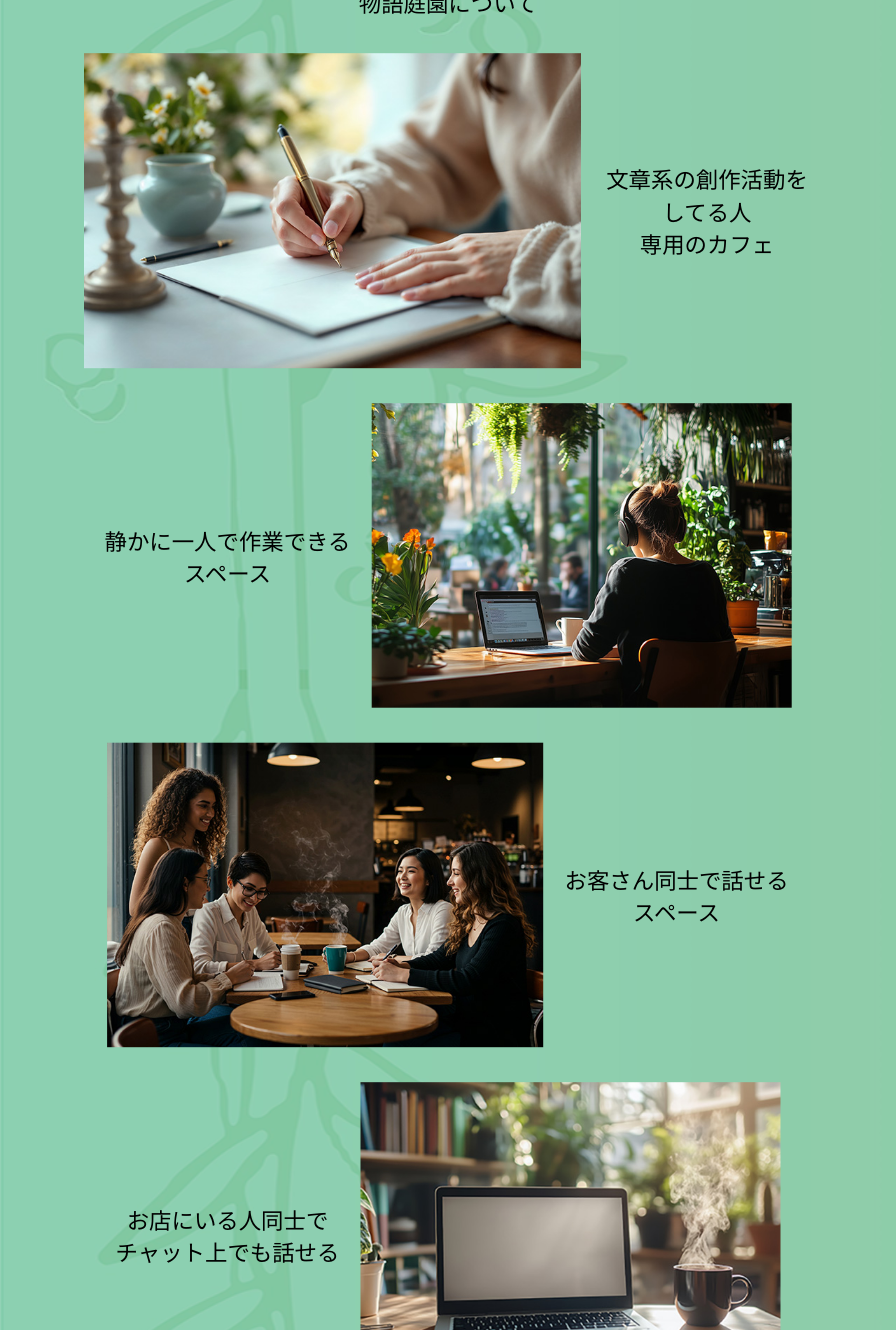
Repository: saka-kou/GardenStory
Page: index.html
These files come from the project's save history. The page is drawn as it stood at one moment and after the next save; the edit follows.
The browser window is 1280 px wide. The pictures show the part of the page from y = 1020 to 2920 px (the page is 4833 px tall before and 4810 px after), at 70% of full size.
A picture or video elsewhere on the page could not be fetched, so the positions and the page height are approximate. Some web fonts or font styles are not loaded; a fallback is used.

Above is the page before, as saved 2025-07-24 15:52:08.

After the next save:
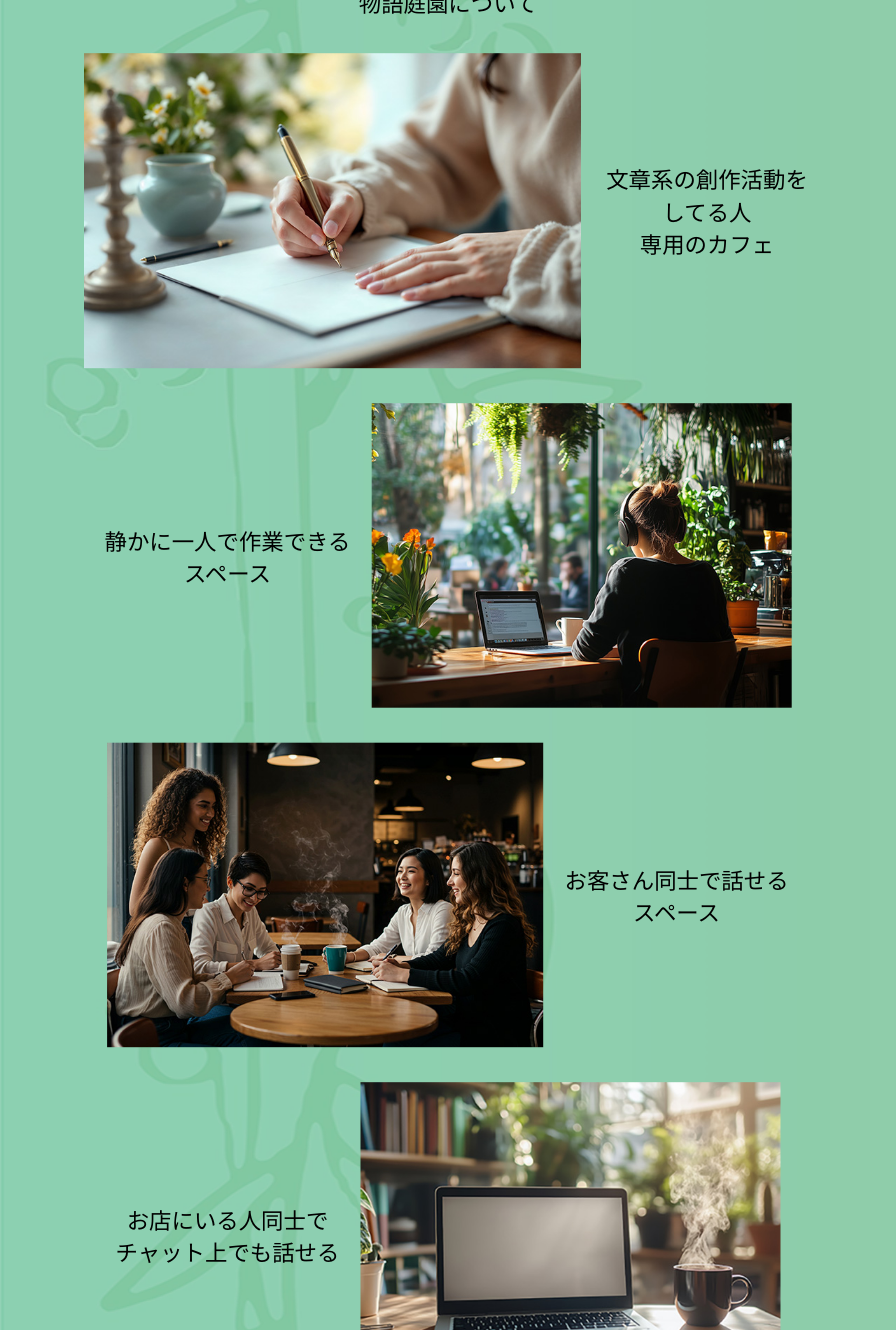
Saved 47 s later.
--- a/index.html
+++ b/index.html
@@ -92,8 +92,8 @@
                         </div>
                     </div>
                         <div class="middlecontents">
-                            <img src="images/orangejuice.png" alt="オレンジジュース">
                             <div class="menuname">
+                                <img src="images/orangejuice.png" alt="オレンジジュース">
                                 <p class="price">オレンジジュース</p>
                                 <p>実は集中できる効果のある飲み物<br>
                                 軽やかな酸味で気持ちを切り替えて集中したい時に</p>
@@ -103,17 +103,17 @@
                 </div>
                 <div class="middleWapper">
                     <div class="bottomcontents">
-                        <img src="images/sandwhich.png" alt="サンドウィッチ">
                         <div class="menuname">
+                            <img src="images/sandwhich.png" alt="サンドウィッチ">
                             <p class="price">サンドウィッチ</p>
                             <p>ふんわり食感とやさしい味<br>
-                                小腹満たしにちょうどいい一品</p>
-                                <p class="price">750円(税込)</p>
+                            小腹満たしにちょうどいい一品</p>
+                            <p class="price">750円(税込)</p>
                         </div>
                     </div>
                         <div class="bottomcontents">
-                            <img src="images/suko-nn.png" alt="スコーン">
                             <div class="menuname">
+                                <img src="images/suko-nn.png" alt="スコーン">
                                 <p class="price">スコーン</p>
                                 <p>ほんのり甘くて食べごたえあり<br>
                                 小腹が空いた時におすすめです</p>
